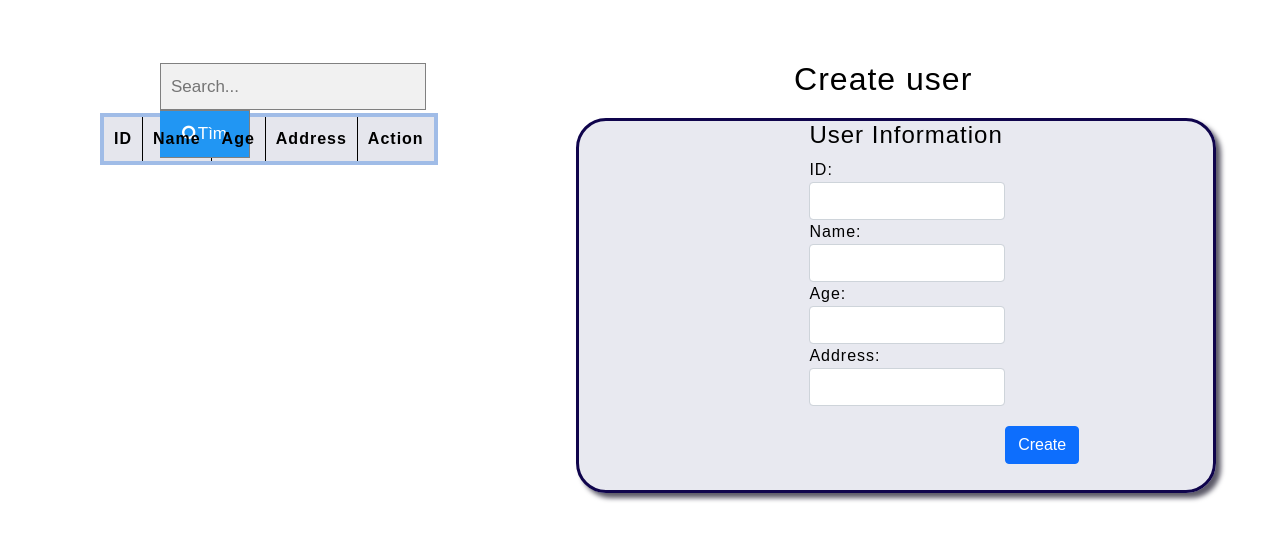
Repository: minhtuan16/JS-Basic
Page: CRUD-Department/create.html
An editor plug-in stored every save of this project. The page is shown before and after the next save, followed by the edit.
The browser window is 1280 px wide. The pictures show the whole page.

Above is the page before, as saved 2022-06-09 00:49:00.

After the next save:
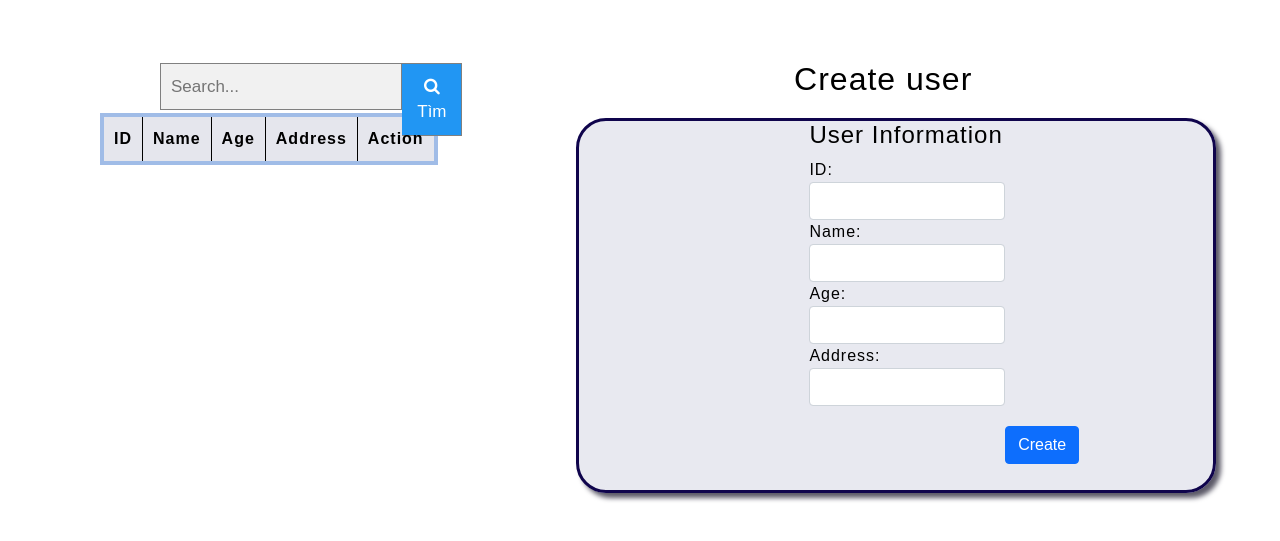
Saved 3 s later.
--- a/CRUD-Department/create.html
+++ b/CRUD-Department/create.html
@@ -44,7 +44,7 @@
     <div class="search-container">
         <form >
             <input type="text" placeholder="Search..." id="search" value="">
-            <button type="button" onclick="search()" style="width: 90px;"><i class="fa fa-search"></i>Tìm</button>
+            <button type="button" onclick="search()" style="width: 60px;"><i class="fa fa-search"></i>Tìm</button>
         </form>
     </div>
 
